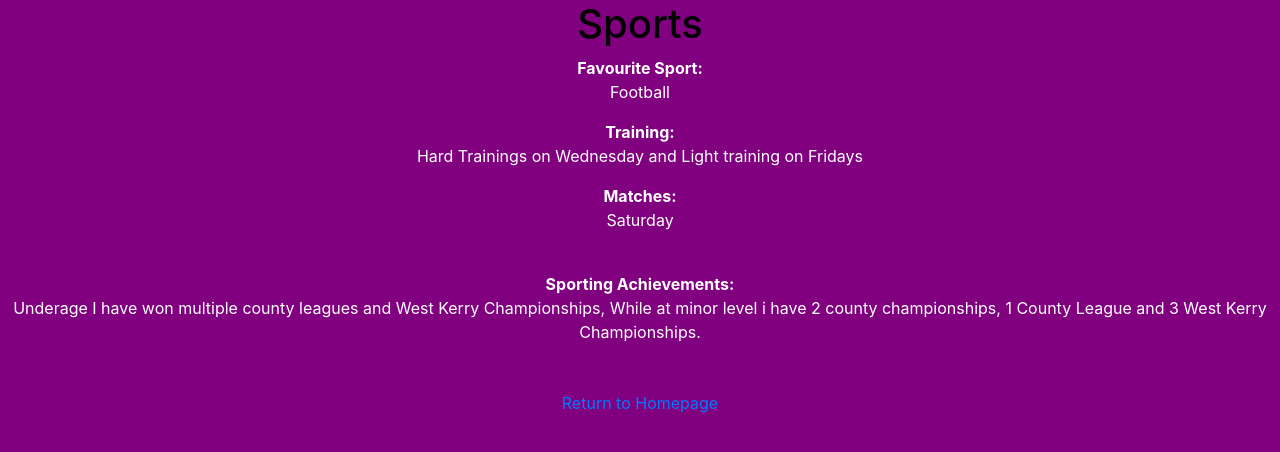
Repository: RuairiBrowne1/is1113117465942
Page: Interests/Sports.html
The author's editor kept a record of every edit. The page is drawn from the files as they stood at one moment, then again after the next edit.
The browser window is 1280 px wide. The pictures show the whole page.
Some web libraries are served in a nearby version.

Above is the page before.

After the next edit:
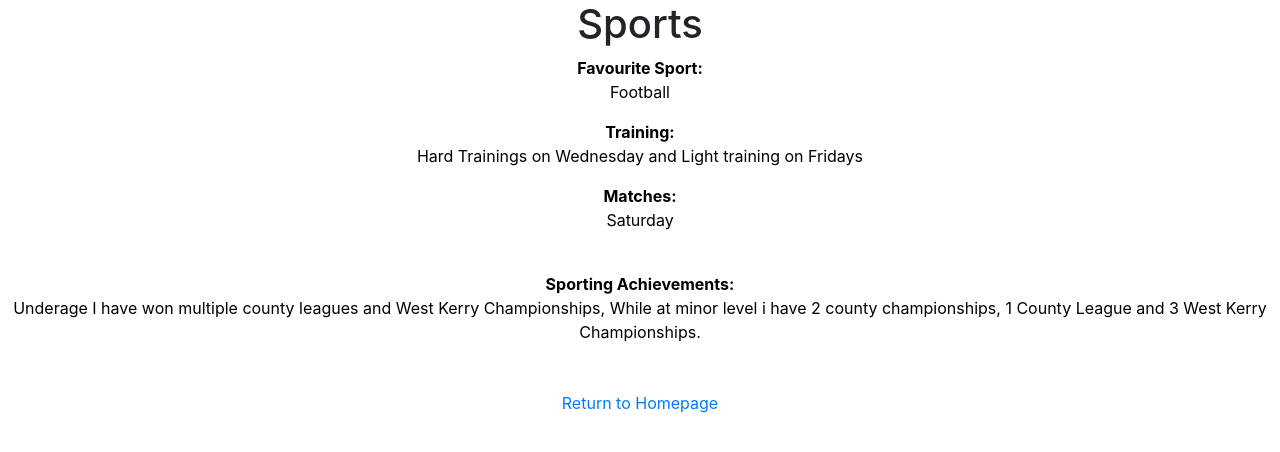
The edit:
--- a/Interests/Sports.html
+++ b/Interests/Sports.html
@@ -13,12 +13,7 @@
         <script src="https://maxcdn.bootstrapcdn.com/bootstrap/4.0.0/js/bootstrap.min.js" integrity="sha384-JZR6Spejh4U02d8jOt6vLEHfe/JQGiRRSQQxSfFWpi1MquVdAyjUar5+76PVCmYl" crossorigin="anonymous"></script>
     </head>
 
-    <!--Using CSS to style the webpage-->
-     <style>
-     body {background-color: purple;}
-     h1 {color: black;}
-     p {color: white;}
-     </style>
+
 
     <body>
 
